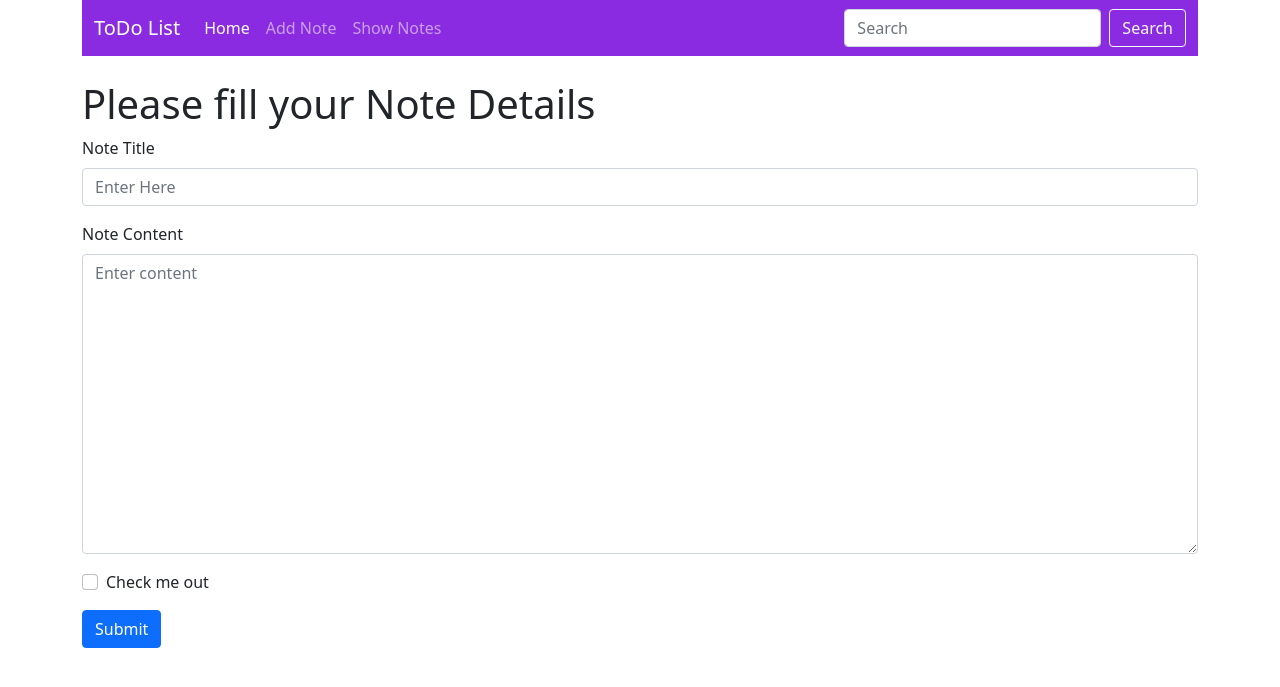
Repository: VishalSalvi17/Hibernate
Page: http://localhost/ToDoList/addnote.jsp
These files come from the project's save history. The page is drawn as it stood at one moment and after the next save; the edit follows.
The browser window is 1280 px wide. The pictures show the whole page.
The page is served by Tomcat 9. Other server files are loaded and not shown.

Above is the page before, as saved 2023-03-16 10:58:47.

### ToDoList/src/main/webapp/addnote.jsp
<%@ page language="java" contentType="text/html; charset=ISO-8859-1"
	pageEncoding="ISO-8859-1"%>
<!DOCTYPE html PUBLIC "-//W3C//DTD HTML 4.01 Transitional//EN" "http://www.w3.org/TR/html4/loose.dtd">
<html>
<head>
<!-- Required meta tags -->
<meta charset="utf-8">
<meta name="viewport" content="width=device-width, initial-scale=1">

<%@include file="all_js_css.jsp"%>
<title>Add Notes</title>
</head>
<body>
	<div class="container">
		<%@include file="navbar.jsp"%>
		<br>
		<h1>Please fill your Note Details</h1>

		<!-- This is form -->
		<form action = "SaveNoteServlet" method="post">
			<div class="mb-3">
				<label for="exampleInputEmail1" class="form-label">Note Title</label>
				<input type="text" class="form-control"
					id="title" aria-describedby="emailHelp" placeholder="Enter Here">

			</div>
			<div class="mb-3">
				<label for="exampleInputPassword1" class="form-label">Note Content</label>
				<textarea id="content" placeholder ="Enter content" class="form-control" style="height:300px;"></textarea>
			</div>
			<div class="mb-3 form-check">
				<input type="checkbox" class="form-check-input" id="exampleCheck1">
				<label class="form-check-label" for="exampleCheck1">Check me
					out</label>
			</div>
			<button type="submit" class="btn btn-primary">Submit</button>
		</form>
	</div>
</body>
</html>

### ToDoList/src/main/webapp/all_js_css.jsp
<!-- Bootstrap CSS -->
<link
	href="https://cdn.jsdelivr.net/npm/bootstrap@5.0.2/dist/css/bootstrap.min.css"
	rel="stylesheet"
	integrity="sha384-EVSTQN3/azprG1Anm3QDgpJLIm9Nao0Yz1ztcQTwFspd3yD65VohhpuuCOmLASjC"
	crossorigin="anonymous">

<!-- style path-->
<link href="css/style.css" rel="stylesheet">

<!-- Option 1: Bootstrap Bundle with Popper -->
<script
	src="https://cdn.jsdelivr.net/npm/bootstrap@5.0.2/dist/js/bootstrap.bundle.min.js"
	integrity="sha384-MrcW6ZMFYlzcLA8Nl+NtUVF0sA7MsXsP1UyJoMp4YLEuNSfAP+JcXn/tWtIaxVXM"
	crossorigin="anonymous"></script>

<!-- Option 2: Separate Popper and Bootstrap JS -->
<script
	src="https://cdn.jsdelivr.net/npm/@popperjs/core@2.9.2/dist/umd/popper.min.js"
	integrity="sha384-IQsoLXl5PILFhosVNubq5LC7Qb9DXgDA9i+tQ8Zj3iwWAwPtgFTxbJ8NT4GN1R8p"
	crossorigin="anonymous"></script>
<script
	src="https://cdn.jsdelivr.net/npm/bootstrap@5.0.2/dist/js/bootstrap.min.js"
	integrity="sha384-cVKIPhGWiC2Al4u+LWgxfKTRIcfu0JTxR+EQDz/bgldoEyl4H0zUF0QKbrJ0EcQF"
	crossorigin="anonymous"></script>

### ToDoList/src/main/webapp/navbar.jsp
<nav class="navbar navbar-expand-lg navbar-dark blue">
  <div class="container-fluid">
    <a class="navbar-brand" href="index.jsp">ToDo List</a>
    <button class="navbar-toggler" type="button" data-bs-toggle="collapse" data-bs-target="#navbarSupportedContent" aria-controls="navbarSupportedContent" aria-expanded="false" aria-label="Toggle navigation">
      <span class="navbar-toggler-icon"></span>
    </button>
    <div class="collapse navbar-collapse" id="navbarSupportedContent">
      <ul class="navbar-nav me-auto mb-2 mb-lg-0">
        <li class="nav-item">
          <a class="nav-link active" aria-current="page" href="index.jsp">Home</a>
        </li>
        <li class="nav-item">
          <a class="nav-link" href="addnote.jsp">Add Note</a>
        </li>
        <li class="nav-item">
          <a class="nav-link" href="#" tabindex="-1">Show Notes</a>
        </li>
      </ul>
      <form class="d-flex">
        <input class="form-control me-2" type="search" placeholder="Search" aria-label="Search">
        <button class="btn btn-outline-light" type="submit">Search</button>
      </form>
    </div>
  </div>
</nav>

### ToDoList/src/main/webapp/css/style.css
.blue{
	background:#8A2BE2;
}

After the next save:
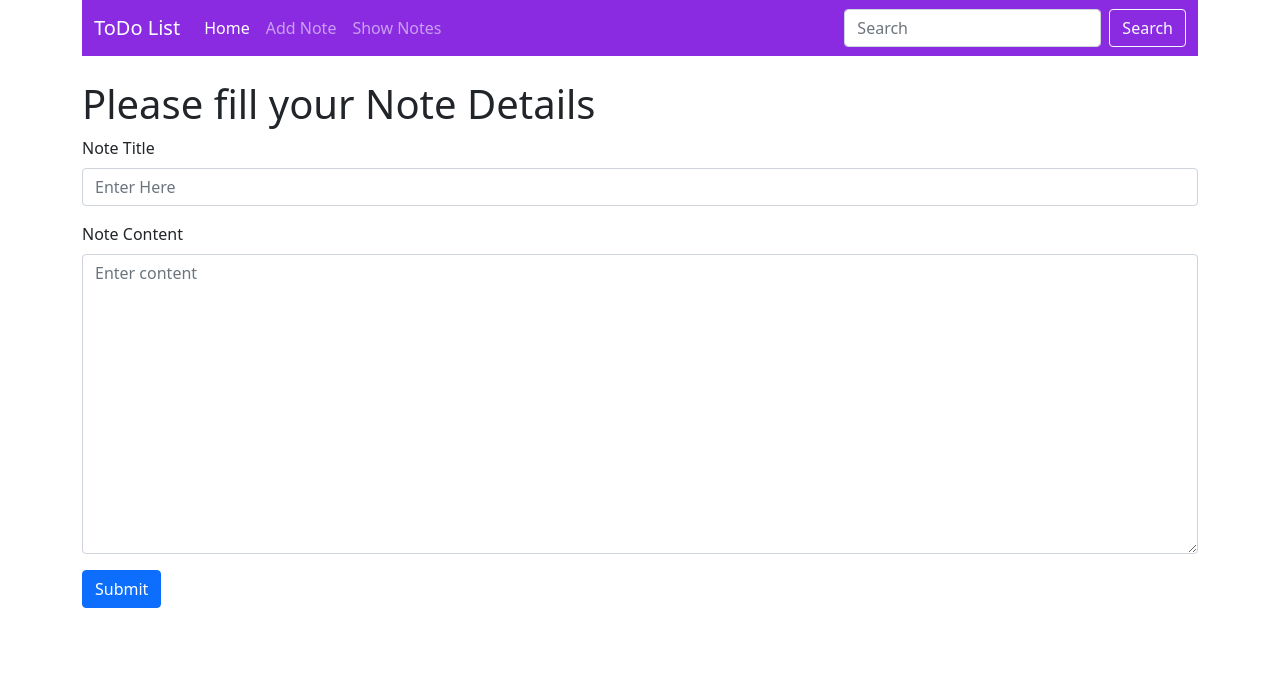
Saved 11 s later.
--- a/ToDoList/src/main/webapp/addnote.jsp
+++ b/ToDoList/src/main/webapp/addnote.jsp
@@ -28,11 +28,7 @@
 				<label for="exampleInputPassword1" class="form-label">Note Content</label>
 				<textarea id="content" placeholder ="Enter content" class="form-control" style="height:300px;"></textarea>
 			</div>
-			<div class="mb-3 form-check">
-				<input type="checkbox" class="form-check-input" id="exampleCheck1">
-				<label class="form-check-label" for="exampleCheck1">Check me
-					out</label>
-			</div>
+
 			<button type="submit" class="btn btn-primary">Submit</button>
 		</form>
 	</div>
